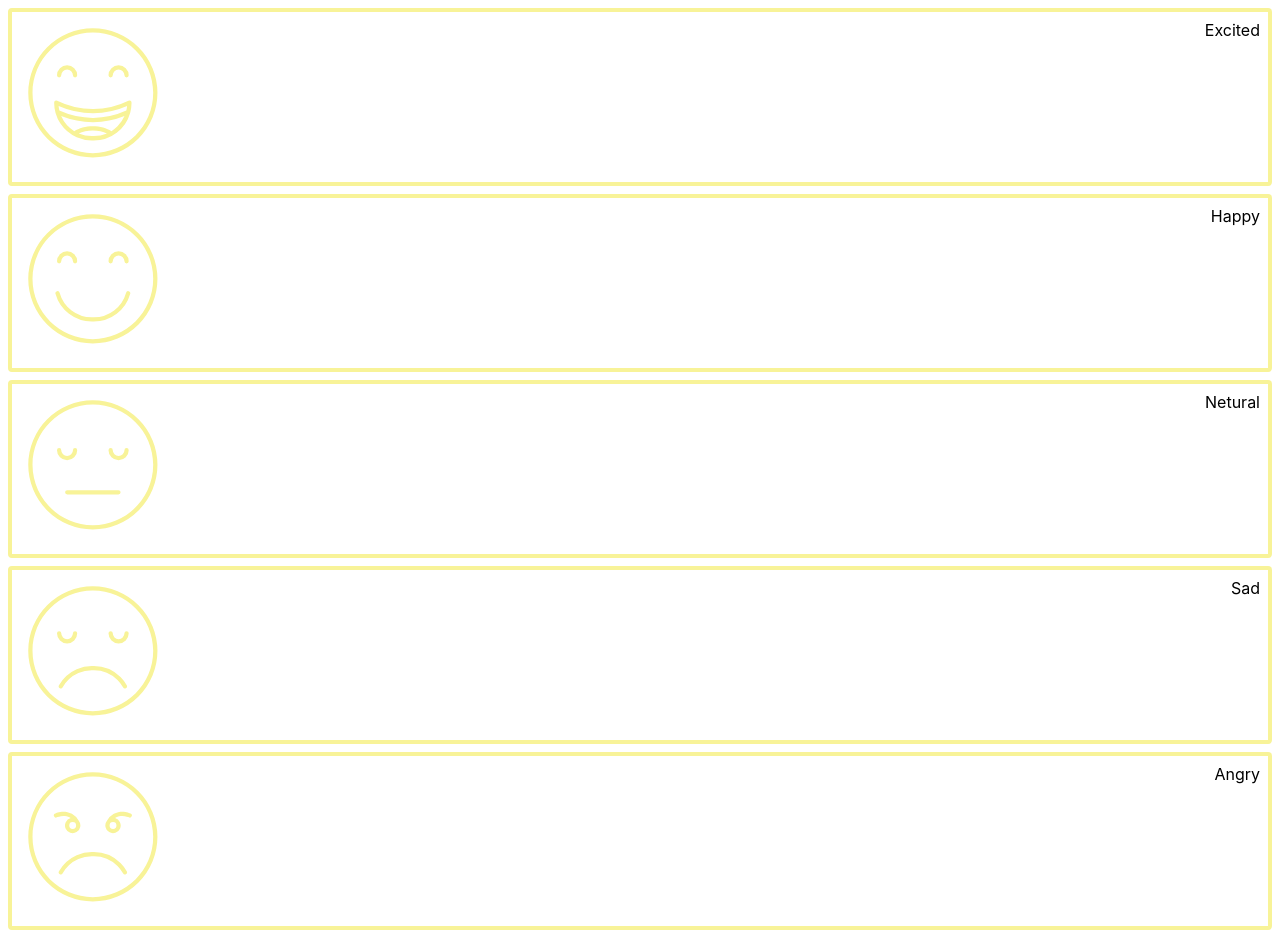
Repository: majakesin/moodify-app
Page: /
An editor plug-in stored every save of this project. The page is shown before and after the next save, followed by the edit.
The browser window is 1280 px wide. The pictures show the whole page.
The project was rebuilt for these pictures with package versions that can differ from the ones it lists, and the page was loaded fresh each time.

Above is the page before, as saved 2023-08-21 12:09:45.

### public/index.html
<!DOCTYPE html>
<html lang="en">
  <head>
    <meta charset="utf-8" />
    <link rel="icon" href="%PUBLIC_URL%/logo.svg" />
    <meta name="viewport" content="width=device-width, initial-scale=1" />
    <meta name="theme-color" content="#000000" />
    <meta
      name="description"
      content="Moodify -- App that gives yours ears the best music based on your mood"
    />
    <link rel="apple-touch-icon" href="%PUBLIC_URL%/logo.svg" />
    <!--
      manifest.json provides metadata used when your web app is installed on a
      user's mobile device or desktop. See https://developers.google.com/web/fundamentals/web-app-manifest/
    -->
    <link rel="manifest" href="%PUBLIC_URL%/manifest.json" />
    <!--
      Notice the use of %PUBLIC_URL% in the tags above.
      It will be replaced with the URL of the `public` folder during the build.
      Only files inside the `public` folder can be referenced from the HTML.

      Unlike "/favicon.ico" or "favicon.ico", "%PUBLIC_URL%/favicon.ico" will
      work correctly both with client-side routing and a non-root public URL.
      Learn how to configure a non-root public URL by running `npm run build`.
    -->
    <title>Moodify</title>
  </head>
  <body>
    <noscript>You need to enable JavaScript to run this app.</noscript>
    <div id="root"></div>
    <!--
      This HTML file is a template.
      If you open it directly in the browser, you will see an empty page.

      You can add webfonts, meta tags, or analytics to this file.
      The build step will place the bundled scripts into the <body> tag.

      To begin the development, run `npm start` or `yarn start`.
      To create a production bundle, use `npm run build` or `yarn build`.
    -->
  </body>
</html>

### src/App.js
import './App.css';
import {moods}  from 'src/data/moods'
import Mood from './components/Mood';

function App() {
  return (
    <div className="App">
      {moods.map(({type,icon}) => {
        return (<Mood type={type} icon={icon} />)
      })}
    </div>
  );
}

export default App;

### src/data/moods.js
export const moods = [
    {
        type: 'Excited',
        icon: <svg id="SvgjsSvg1081" xmlns="http://www.w3.org/2000/svg" version="1.1" xmlnsXlink="http://www.w3.org/1999/xlink" xmlnsSvgjs="http://svgjs.com/svgjs">
                <defs id="SvgjsDefs1082"></defs>
                <g id="SvgjsG1083">
                    <svg xmlns="http://www.w3.org/2000/svg" data-name="Layer 1" viewBox="0 0 1012 1012" width="288" height="288">
                        <path fill="currentcolor" d="M416.51318,95.48682A226.99992,226.99992,0,1,0,95.48682,416.51318,226.99992,226.99992,0,1,0,416.51318,95.48682ZM256,468C139.103,468,44,372.897,44,256S139.103,44,256,44s212,95.103,212,212S372.897,468,256,468ZM137.5,202a7.50006,7.50006,0,0,0,7.5-7.5,20.5,20.5,0,0,1,41,0,7.5,7.5,0,0,0,15,0,35.5,35.5,0,0,0-71,0A7.50006,7.50006,0,0,0,137.5,202Zm181,0a7.50006,7.50006,0,0,0,7.5-7.5,20.5,20.5,0,0,1,41,0,7.5,7.5,0,0,0,15,0,35.5,35.5,0,0,0-71,0A7.50006,7.50006,0,0,0,318.5,202Zm69.95947,82.13037a7.49875,7.49875,0,0,0-7.27832-.356A284.51645,284.51645,0,0,1,257.5,313h-1.48a284.55042,284.55042,0,0,1-125.2002-29.2251A7.4999,7.4999,0,0,0,120,290.5a132.31839,132.31839,0,0,0,79.15625,121.32324A131.47888,131.47888,0,0,0,252.5,423h7a132.5854,132.5854,0,0,0,127.794-97.37988A133.06894,133.06894,0,0,0,392,290.5,7.5003,7.5003,0,0,0,388.45947,284.13037ZM259.5,408h-7a116.58888,116.58888,0,0,1-46.02222-9.36157C219.72205,391.8783,237.33752,388,256.002,388c18.66236,0,36.27466,3.87708,49.51734,10.63538A116.56076,116.56076,0,0,1,259.5,408Zm83.08691-34.41309a117.56809,117.56809,0,0,1-21.38024,16.93219C305.07166,379.48517,281.17847,373,256.002,373c-25.18383,0-49.0852,6.48932-65.22168,17.52966a116.81051,116.81051,0,0,1-46.07495-53.13611,299.90773,299.90773,0,0,0,111.31323,21.61036c.5044,0,1.01612-.00147,1.52051-.00391A300.023,300.023,0,0,0,367.2478,337.40454,117.86031,117.86031,0,0,1,342.58691,373.58691ZM373.6593,318.347A284.8703,284.8703,0,0,1,257.46094,344c-.49219.00293-.97412.00391-1.46387.00391a284.90227,284.90227,0,0,1-117.65942-25.65967,117.74477,117.74477,0,0,1-2.72388-15.77832A299.64178,299.64178,0,0,0,256.02,328h1.519a299.80874,299.80874,0,0,0,118.84668-25.43555A117.6884,117.6884,0,0,1,373.6593,318.347Z" class="color2c2b2d svgShape"></path>
                    </svg>
                </g>
             </svg>
    },
    {
        type: 'Happy',
        icon: <svg id="SvgjsSvg1102" xmlns="http://www.w3.org/2000/svg" version="1.1" xmlnsXlink="http://www.w3.org/1999/xlink" xmlnsSvgjs="http://svgjs.com/svgjs">
                <defs id="SvgjsDefs1103"></defs>
                <g id="SvgjsG1104">
                    <svg xmlns="http://www.w3.org/2000/svg" data-name="Layer 1" viewBox="0 0 1012 1012" width="288" height="288">
                        <path fill="currentcolor" d="M382.042,299.40674a7.496,7.496,0,0,0-9.21582,5.251A117.42927,117.42927,0,0,1,259.5,391h-7a117.41578,117.41578,0,0,1-113.32715-86.33447,7.49971,7.49971,0,1,0-14.46484,3.96875A132.417,132.417,0,0,0,252.5,406h7a132.58733,132.58733,0,0,0,127.793-97.37744A7.4999,7.4999,0,0,0,382.042,299.40674ZM416.51367,95.48682A227.00026,227.00026,0,0,0,95.48633,416.51318,227.00026,227.00026,0,0,0,416.51367,95.48682ZM256,468C139.10254,468,44,372.897,44,256S139.10254,44,256,44s212,95.103,212,212S372.89746,468,256,468ZM137.5,202a7.49974,7.49974,0,0,0,7.5-7.5,20.5,20.5,0,0,1,41,0,7.5,7.5,0,0,0,15,0,35.5,35.5,0,0,0-71,0A7.49974,7.49974,0,0,0,137.5,202Zm181,0a7.49974,7.49974,0,0,0,7.5-7.5,20.5,20.5,0,0,1,41,0,7.5,7.5,0,0,0,15,0,35.5,35.5,0,0,0-71,0A7.49974,7.49974,0,0,0,318.5,202Z" class="color2c2b2d svgShape"></path>
                    </svg>
                </g>
            </svg> ,
    },
    {
        type: 'Netural',
        icon: <svg id="SvgjsSvg1123" xmlns="http://www.w3.org/2000/svg" version="1.1" xmlnsXlink="http://www.w3.org/1999/xlink" xmlnsSvgjs="http://svgjs.com/svgjs">
                <defs id="SvgjsDefs1124"></defs>
                <g id="SvgjsG1125">
                    <svg xmlns="http://www.w3.org/2000/svg" data-name="Layer 1" viewBox="0 0 1012 1012" width="288" height="288">
                        <path fill="currentcolor" d="M201,204.5a7.5,7.5,0,0,0-15,0,20.5,20.5,0,0,1-41,0,7.5,7.5,0,0,0-15,0,35.5,35.5,0,0,0,71,0ZM374.5,197a7.50006,7.50006,0,0,0-7.5,7.5,20.5,20.5,0,0,1-41,0,7.5,7.5,0,0,0-15,0,35.5,35.5,0,0,0,71,0A7.50006,7.50006,0,0,0,374.5,197ZM416.51318,95.48682A226.99992,226.99992,0,1,0,95.48682,416.51318,226.99992,226.99992,0,1,0,416.51318,95.48682ZM256,468C139.103,468,44,372.897,44,256S139.103,44,256,44s212,95.103,212,212S372.897,468,256,468Zm90-123H166a7.5,7.5,0,0,0,0,15H346a7.5,7.5,0,0,0,0-15Z" class="color2c2b2d svgShape"></path>
                    </svg>
                </g>
            </svg>,
    },
    {
        type: 'Sad',
        icon: <svg id="SvgjsSvg1193" xmlns="http://www.w3.org/2000/svg" version="1.1" xmlnsXlink="http://www.w3.org/1999/xlink" xmlnsSvgjs="http://svgjs.com/svgjs">
                <defs id="SvgjsDefs1194"></defs>
                <g id="SvgjsG1195">
                    <svg xmlns="http://www.w3.org/2000/svg" data-name="Layer 1" viewBox="0 0 1012 1012" width="288" height="288">
                         <path fill="currentcolor" d="M165.5,230A35.54028,35.54028,0,0,0,201,194.5a7.5,7.5,0,0,0-15,0,20.5,20.5,0,0,1-41,0,7.5,7.5,0,0,0-15,0A35.54028,35.54028,0,0,0,165.5,230Zm209-43a7.50006,7.50006,0,0,0-7.5,7.5,20.5,20.5,0,0,1-41,0,7.5,7.5,0,0,0-15,0,35.5,35.5,0,0,0,71,0A7.50006,7.50006,0,0,0,374.5,187ZM353.19336,347.94678A132.16887,132.16887,0,0,0,259.5,309.14014h-7a131.47793,131.47793,0,0,0-53.34082,11.17529,133.55143,133.55143,0,0,0-62.24854,56.51221,7.50013,7.50013,0,0,0,13.07911,7.34472,118.4576,118.4576,0,0,1,55.21435-50.1289A116.57358,116.57358,0,0,1,252.5,324.14014h7a117.16738,117.16738,0,0,1,83.08691,34.41308,117.92616,117.92616,0,0,1,19.42432,25.62061,7.5,7.5,0,0,0,13.07715-7.34766A132.92018,132.92018,0,0,0,353.19336,347.94678Zm63.31982-252.46A226.99992,226.99992,0,1,0,95.48682,416.51318,226.99992,226.99992,0,1,0,416.51318,95.48682ZM256,468C139.103,468,44,372.897,44,256S139.103,44,256,44s212,95.103,212,212S372.897,468,256,468Z" class="color2c2b2d svgShape"></path>
                    </svg>
                </g>
            </svg>,
    },
    {
        type: 'Angry',
        icon: <svg id="SvgjsSvg1217"  xmlns="http://www.w3.org/2000/svg" version="1.1" xmlnsXlink="http://www.w3.org/1999/xlink" xmlnSvgjs="http://svgjs.com/svgjs">
                <defs id="SvgjsDefs1218"></defs>
                     <g id="SvgjsG1219">
                        <svg xmlns="http://www.w3.org/2000/svg" data-name="Layer 1" viewBox="0 0 1012 1012" width="288" height="288">
                            <path fill="currentcolor" d="M353.19336,347.94629A132.1737,132.1737,0,0,0,259.5,309.13965h-7a131.5101,131.5101,0,0,0-53.3418,11.17578,133.55212,133.55212,0,0,0-62.24707,56.51172,7.49995,7.49995,0,0,0,13.07813,7.3457A118.46814,118.46814,0,0,1,205.20313,334.043,116.60013,116.60013,0,0,1,252.5,324.13965h7a117.16506,117.16506,0,0,1,83.08691,34.41406,117.92838,117.92838,0,0,1,19.42481,25.62012,7.49957,7.49957,0,1,0,13.07617-7.34766A132.91978,132.91978,0,0,0,353.19336,347.94629ZM416.51367,95.48682A227.00044,227.00044,0,0,0,95.48633,416.51367,227.00044,227.00044,0,0,0,416.51367,95.48682ZM256,468C139.10254,468,44,372.89746,44,256,44,139.103,139.10254,44,256,44s212,95.103,212,212C468,372.89746,372.89746,468,256,468ZM175.12207,188.29736c.96533.53955,1.88086,1.10938,2.769,1.69336a27.02454,27.02454,0,1,0,28.58863,9.52246,62.7776,62.7776,0,0,0-24.04029-24.31005c-27.82519-15.55176-56.1748-2.73292-59.31445-1.21973a7.49994,7.49994,0,1,0,6.50977,13.51367C132.05762,186.33057,153.91113,176.44189,175.12207,188.29736ZM185.12012,204a12,12,0,1,1-12,12A12.01344,12.01344,0,0,1,185.12012,204ZM388.875,173.9834c-3.1416-1.51367-31.49121-14.33447-59.31348,1.21924a62.778,62.778,0,0,0-24.04126,24.31054,26.989,26.989,0,1,0,28.58887-9.52234c.88843-.58435,1.804-1.15429,2.76978-1.694,21.21191-11.85743,43.06347-1.96631,45.48632-.79981A7.49994,7.49994,0,1,0,388.875,173.9834ZM338.87988,216a12,12,0,1,1-12-12A12.01343,12.01343,0,0,1,338.87988,216Z" class="color2c2b2d svgShape"></path>
                        </svg>
                    </g>
            </svg>
    }
]

### src/components/Mood/index.jsx
import styles from './index.module.css';

const Mood = (props) => {

    const {type, icon} = props;

    return (
        <div className={styles.card}>
          <div className={styles.icon}>
            {icon}
          </div>
          <div>
            {type}
        </div>
        </div>
    )
};

export default Mood;

### src/components/Mood/index.module.css

@import '../../styles/variables.css';

.card {
    border: 4px solid var(--second-color);
    border-radius: 4px;
    margin: 8px;
    padding: 8px;
    display: flex;
    justify-content: space-between;
}

.icon {
    color: var(--second-color);
}

.icon svg  {
    width: 100%;
    height: auto;
}

### src/styles/variables.css
:root,
    :root.rainbow {
        --first-color: #cbf078;
        --second-color: #f8f398;
        --third-color: #f1b963;
        --fourth-color: #e46161;
    }
    :root.blue {
        --first-color: #5585b5;
        --second-color: #53a8b6;
        --third-color: #79c2d0;
        --fourth-color: #bbe4e9;
    }
    :root.pink {
        --first-color: #45171d;
        --second-color: #e84a5f;
        --third-color: #ff847c;
        --fourth-color: #fecea8;

    }

Loaded but not shown: src/index.js (common file); src/index.css (common file); src/reportWebVitals.js (common file); src/App.css (common file)

After the next save:
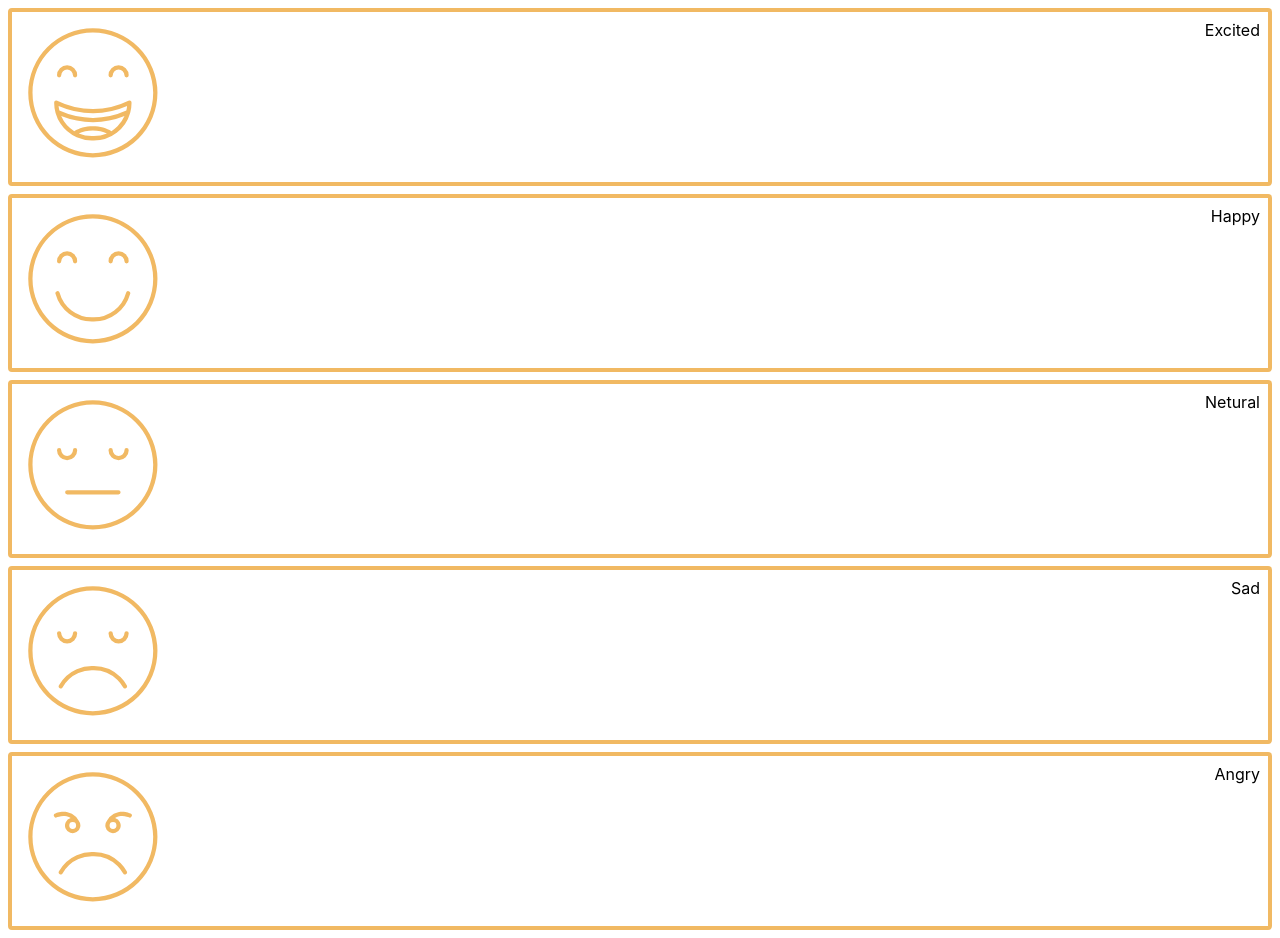
Saved 9 s later.
--- a/src/components/Mood/index.module.css
+++ b/src/components/Mood/index.module.css
@@ -2,7 +2,7 @@
 @import '../../styles/variables.css';
 
 .card {
-    border: 4px solid var(--second-color);
+    border: 4px solid var(--third-color);
     border-radius: 4px;
     margin: 8px;
     padding: 8px;
@@ -11,7 +11,7 @@
 }
 
 .icon {
-    color: var(--second-color);
+    color: var(--third-color);
 }
 
 .icon svg  {
